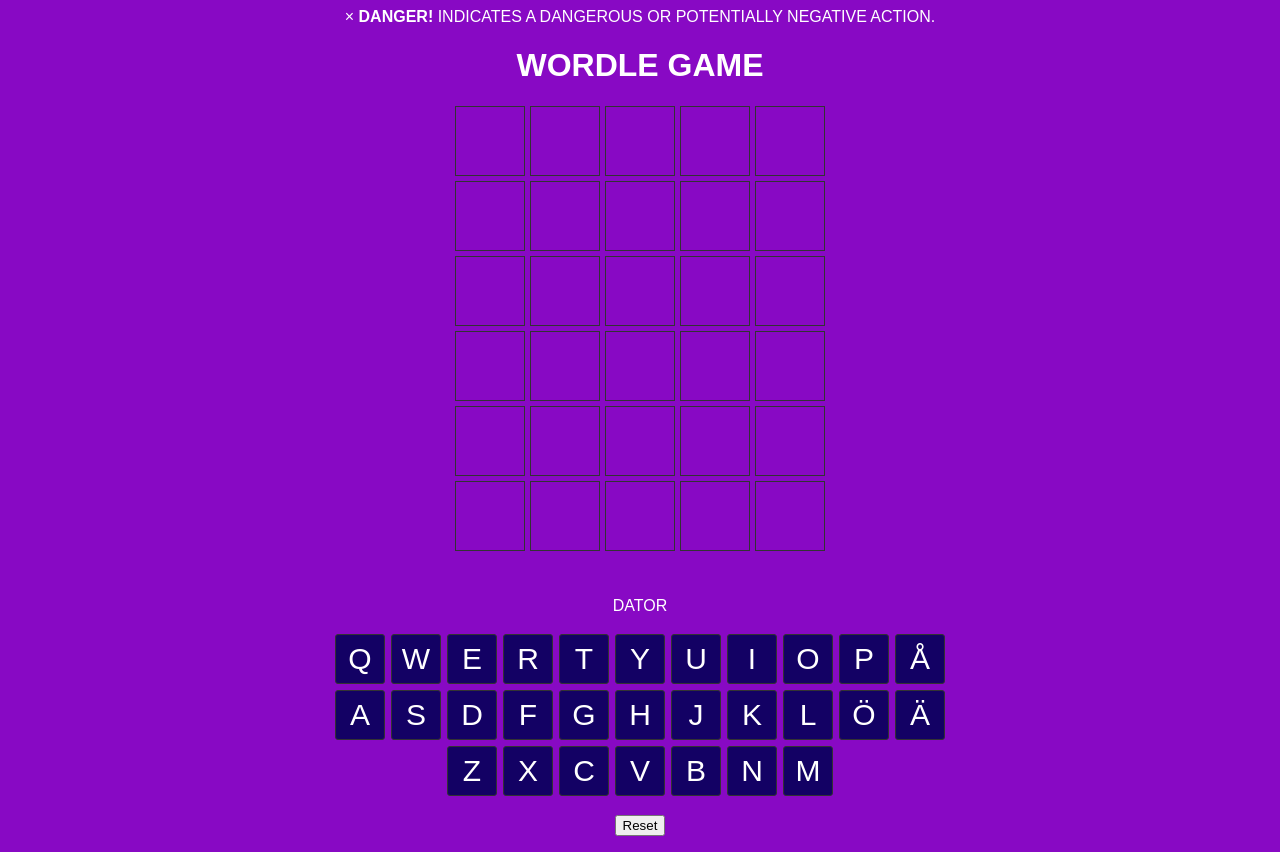
Repository: KarimIsaac/WorldeGame
Page: index.html
An editor plug-in stored every save of this project. The page is shown before and after a run of saves, followed by the edit.
The browser window is 1280 px wide. The pictures show the whole page.

Above is the page before, as saved 2022-03-13 07:37:10.

### index.html
<!DOCTYPE html>
<html lang="en">
<head>
    <meta charset="UTF-8">
    <meta http-equiv="X-UA-Compatible" content="IE=edge">
    <meta name="viewport" content="width=device-width, initial-scale=1.0">
    <title>Worlde Game</title>
    <link rel="stylesheet" href="style.css">
</head>
<body>
    <div class="alert">
        <span class="closebtn" onclick="this.parentElement.style.display='none';">&times;</span>
        <strong>Danger!</strong> Indicates a dangerous or potentially negative action.
      </div>
    <h1>Wordle Game</h1>
    <div id="grid"></div>
    <p id="answer"></p>
    <div id="keyboard"></div>

    <p>
      <button onClick="init()">Reset</button>
      </o>

      <script src="script.js"></script>
</body>
</html>

### style.css
html,
body {
  text-align: center;
  background: rgb(136, 9, 196);
  color: white;
  text-transform: uppercase;
  font-family: sans-serif;
}

#grid {
  display: inline-grid;
  grid-template-rows: repeat(6, 70px);
  grid-template-columns: repeat(5, 70px);
  gap: 5px;
  margin-bottom: 30px;
}

#grid div {
  border: 1px solid #333;
  display: flex;
  align-items: center;
  justify-content: center;
  font-size: 40px;
}

#keyboard button {
  appearance: none;
  border: 1px solid #333;
  background: rgb(19, 1, 100);
  color: rgb(255, 255, 255);
  font-size: 30px;
  display: inline-block;
  width: 50px;
  height: 50px;
  line-height: 1;
  margin: 3px;
  text-transform: uppercase;
  border-radius: 3px;
}

.alert{


}

### script.js
const grid = document.getElementById("grid");
const keyboard = document.getElementById("keyboard");

let answer = "";

const words = [
, "spela"
, "äpple"
, "hoppa"
, "dansa"
, "dator"
, "cykla"
, "skola"
, "TRÄNA"
];

let attempts = [];
let currentAttempt = "";

function drawGrid() {
  grid.innerHTML = "";

  for (i = 0; i < 6; i++) {
    for (j = 0; j < 5; j++) {
      const cell = document.createElement("div");
      grid.appendChild(cell);
    }
  }
}

function drawKeyboard() {
  keyboard.innerHTML = "";

  renderKeyboardRow("qwertyuiopå");
  renderKeyboardRow("asdfghjklöä");
  renderKeyboardRow("zxcvbnm");
}

function renderKeyboardRow(chars) {
  const row = document.createElement("div");

  for (const c of chars) {
    const key = document.createElement("button");
    key.textContent = c;
    key.onclick = () => playLetter(c);

    row.appendChild(key);
  }

  keyboard.appendChild(row);
}

function renderAttempts() {
  for (i = 0; i < attempts.length; i++) {
    const attempt = attempts[i];

    for (j = 0; j < 5; j++) {
      const letter = attempt[j];

      cell = grid.children[i * 5 + j];
      cell.textContent = letter;

      if (letter === answer[j]) {
        cell.style.backgroundColor = "green";
      } else if (answer.includes(letter)) {
        cell.style.backgroundColor = "#bfbf2e";
      } else {
        cell.style.backgroundColor = "#000";
      }
    }
  }
}

function renderCurrentAttempt() {
  for (i = 0; i < 5; i++) {
    const letter = currentAttempt[i] || "";

    cell = grid.children[attempts.length * 5 + i];
    cell.textContent = letter;
  }
}

function playLetter(letter) {
  currentAttempt = currentAttempt + letter;

  renderCurrentAttempt();
}

function handleInput(e) {
  const key = e.key.toLowerCase();

  if (key === "enter" && currentAttempt.length === 5) {
    attempts.push(currentAttempt);
    currentAttempt = "";

    renderAttempts();
  }

  if (key === "backspace" && currentAttempt.length) {
    const letters = currentAttempt.split("");
    letters.pop();
    currentAttempt = letters.join("");

    renderCurrentAttempt();
  }

  if (/^[a-z]$/.test(key) && currentAttempt.length < 5) {
    playLetter(key);
  }
}

function init() {
  attempts = [];
  currentAttempt = "";

  answer = words[Math.floor(Math.random() * words.length)];

  document.getElementById("answer").textContent = answer;

  drawGrid();
  drawKeyboard();

  renderAttempts();
  renderCurrentAttempt();

  document.removeEventListener("keydown", handleInput);
  document.addEventListener("keydown", handleInput);
}

init();

After the next 3 saves:
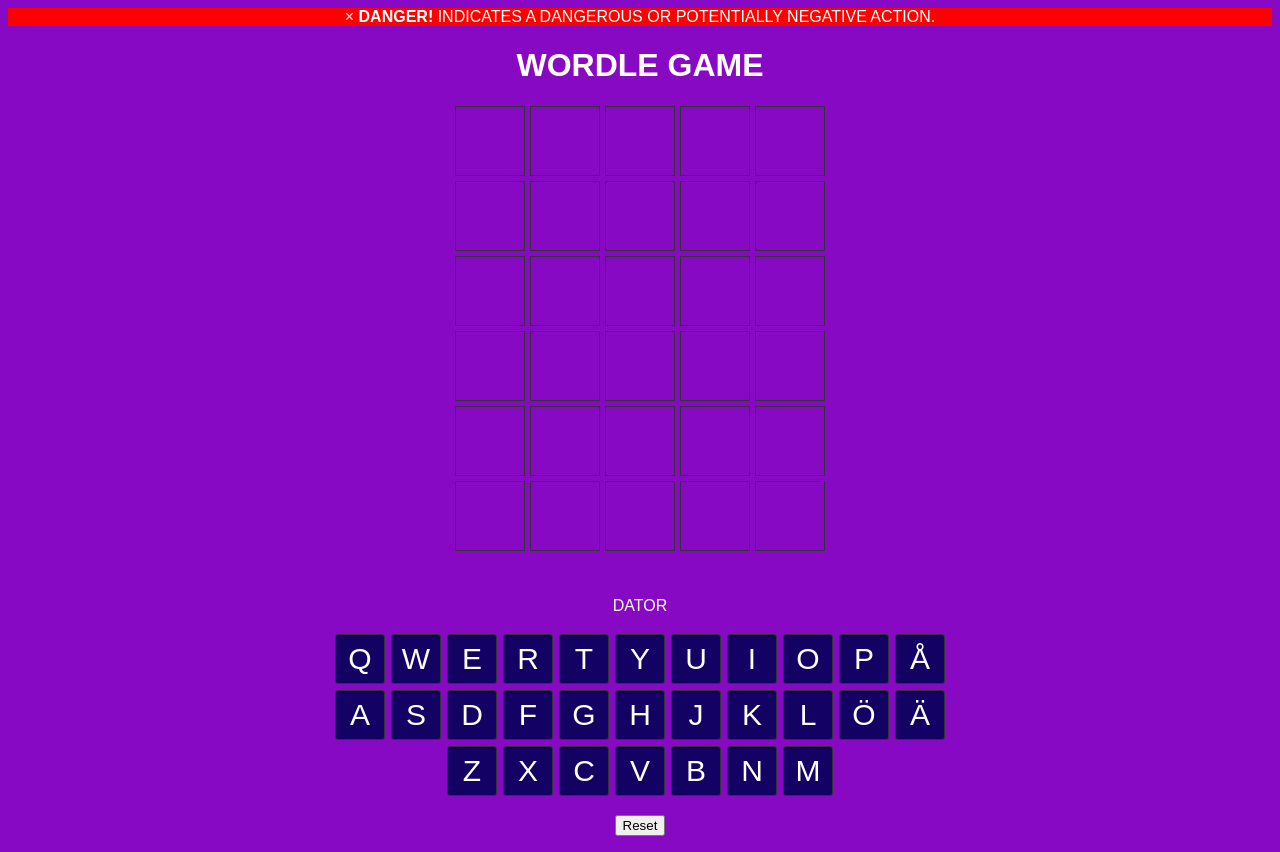
The 3 saves are shown as one change because they came seconds apart.
The last was saved 9 s later.
--- a/style.css
+++ b/style.css
@@ -39,6 +39,6 @@ body {
 }
 
 .alert{
-
+background-color: red;
 
 }
